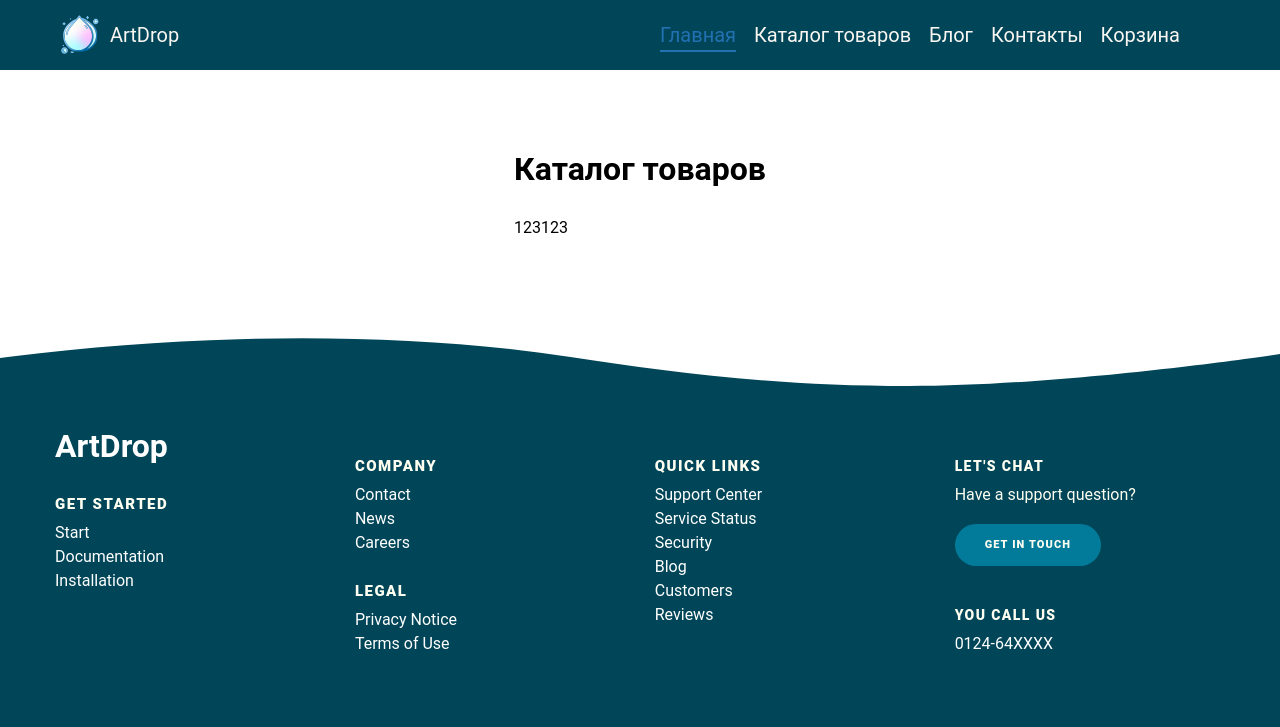
Repository: mnats725/art-drop
Page: pages/catalog.html
The author's editor kept a copy of each file at every save. The page is drawn from the files as they stood at one save, then again after the next save.
The browser window is 1280 px wide. The pictures show the whole page.

Above is the page before, as saved 2024-05-21 13:10:50.
Console error: TypeError: Cannot read properties of null (reading 'querySelectorAll')

### pages/catalog.html
<!DOCTYPE html>
<html lang="en">
<head>
    <meta charset="UTF-8">
    <meta http-equiv="X-UA-Compatible" content="IE=edge">
    <meta name="viewport" content="width=device-width, initial-scale=1.0">
    <title>ArtDrop</title>
    <link rel="stylesheet" href="../css/style.css">
    <link rel="stylesheet" href="../css/main-page-content.css">
    <link href="https://fonts.googleapis.com/css2?family=Montserrat:wght@400;700&display=swap" rel="stylesheet">
</head>
<body>
    <div class="wrapper">
        <header class="header">
            <!-- Шапка -->
            <div class="logo">
                <a href="index.html">
                    <img src="./assets/img/logo.svg" alt="ArtDrop Logo">
                    <span>ArtDrop</span>
                </a>
            </div>
            <!-- Меню сайта -->
            <nav class="nav">
                <ul>
                    <li class="active">Главная</li>
                    <li>Каталог товаров</li>
                    <li>Блог</li>
                    <li>Контакты</li>
                    <li>Корзина</li>
                </ul>
            </nav>
            <!-- Иконка бургерменю -->
            <div class="burger">
                <span></span>
            </div>
        </header>
    </div>

    <div class="content">
        <h1 class="content-title">Каталог товаров</h1>
        <div>123123</div>
    </div>

    <div class="pg-footer">
        <footer class="footer">
          <svg class="footer-wave-svg" xmlns="http://www.w3.org/2000/svg" viewBox="0 0 1200 100" preserveAspectRatio="none">
            <path class="footer-wave-path" d="M851.8,100c125,0,288.3-45,348.2-64V0H0v44c3.7-1,7.3-1.9,11-2.9C80.7,22,151.7,10.8,223.5,6.3C276.7,2.9,330,4,383,9.8 c52.2,5.7,103.3,16.2,153.4,32.8C623.9,71.3,726.8,100,851.8,100z"></path>
          </svg>
          <div class="footer-content">
            <div class="footer-content-column">
              <div class="footer-logo">
                <a class="footer-logo-link" href="#">
                  <span class="hidden-link-text">ArtDrop</span>
                  <h1>ArtDrop</h1>
                </a>
              </div>
              <div class="footer-menu">
                <h2 class="footer-menu-name"> Get Started</h2>
                <ul id="menu-get-started" class="footer-menu-list">
                  <li class="menu-item menu-item-type-post_type menu-item-object-product">
                    <a href="#">Start</a>
                  </li>
                  <li class="menu-item menu-item-type-post_type menu-item-object-product">
                    <a href="#">Documentation</a>
                  </li>
                  <li class="menu-item menu-item-type-post_type menu-item-object-product">
                    <a href="#">Installation</a>
                  </li>
                </ul>
              </div>
            </div>
            <div class="footer-content-column">
              <div class="footer-menu">
                <h2 class="footer-menu-name"> Company</h2>
                <ul id="menu-company" class="footer-menu-list">
                  <li class="menu-item menu-item-type-post_type menu-item-object-page">
                    <a href="#">Contact</a>
                  </li>
                  <li class="menu-item menu-item-type-taxonomy menu-item-object-category">
                    <a href="#">News</a>
                  </li>
                  <li class="menu-item menu-item-type-post_type menu-item-object-page">
                    <a href="#">Careers</a>
                  </li>
                </ul>
              </div>
              <div class="footer-menu">
                <h2 class="footer-menu-name"> Legal</h2>
                <ul id="menu-legal" class="footer-menu-list">
                  <li class="menu-item menu-item-type-post_type menu-item-object-page menu-item-privacy-policy menu-item-170434">
                    <a href="#">Privacy Notice</a>
                  </li>
                  <li class="menu-item menu-item-type-post_type menu-item-object-page">
                    <a href="#">Terms of Use</a>
                  </li>
                </ul>
              </div>
            </div>
            <div class="footer-content-column">
              <div class="footer-menu">
                <h2 class="footer-menu-name"> Quick Links</h2>
                <ul id="menu-quick-links" class="footer-menu-list">
                  <li class="menu-item menu-item-type-custom menu-item-object-custom">
                    <a target="_blank" rel="noopener noreferrer" href="#">Support Center</a>
                  </li>
                  <li class="menu-item menu-item-type-custom menu-item-object-custom">
                    <a target="_blank" rel="noopener noreferrer" href="#">Service Status</a>
                  </li>
                  <li class="menu-item menu-item-type-post_type menu-item-object-page">
                    <a href="#">Security</a>
                  </li>
                  <li class="menu-item menu-item-type-post_type menu-item-object-page">
                    <a href="#">Blog</a>
                  </li>
                  <li class="menu-item menu-item-type-post_type_archive menu-item-object-customer">
                    <a href="#">Customers</a></li>
                  <li class="menu-item menu-item-type-post_type menu-item-object-page">
                    <a href="#">Reviews</a>
                  </li>
                </ul>
              </div>
            </div>
            <div class="footer-content-column">
              <div class="footer-call-to-action">
                <h2 class="footer-call-to-action-title"> Let's Chat</h2>
                <p class="footer-call-to-action-description"> Have a support question?</p>
                <a class="footer-call-to-action-button button" href="#" target="_self"> Get in Touch </a>
              </div>
              <div class="footer-call-to-action">
                <h2 class="footer-call-to-action-title"> You Call Us</h2>
                <p class="footer-call-to-action-link-wrapper"> <a class="footer-call-to-action-link" href="tel:0124-64XXXX" target="_self"> 0124-64XXXX </a></p>
              </div>
            </div>
        </footer>
      </div>
    <script>
        document.querySelector('.burger').addEventListener('click', function() {
            this.classList.toggle('active');
            document.querySelector('.nav').classList.toggle('open');
        })
        document.addEventListener("DOMContentLoaded", function () {
        let carousel = document.querySelector(".carousel");
       let items = carousel.querySelectorAll(".item");
        let dotsContainer = document.querySelector(".dots");

       // Insert dots into the DOM
       items.forEach((_, index) => {
      let dot = document.createElement("span");
      dot.classList.add("dot");
      if (index === 0) dot.classList.add("active");
      dot.dataset.index = index;
    dotsContainer.appendChild(dot);
  });

  let dots = document.querySelectorAll(".dot");

  // Function to show a specific item
  function showItem(index) {
    items.forEach((item, idx) => {
      item.classList.remove("active");
      dots[idx].classList.remove("active");
      if (idx === index) {
        item.classList.add("active");
        dots[idx].classList.add("active");
      }
    });
  }

  // Event listeners for buttons
  document.querySelector(".prev").addEventListener("click", () => {
    let index = [...items].findIndex((item) =>
      item.classList.contains("active")
    );
    showItem((index - 1 + items.length) % items.length);
  });

  document.querySelector(".next").addEventListener("click", () => {
    let index = [...items].findIndex((item) =>
      item.classList.contains("active")
    );
    showItem((index + 1) % items.length);
  });

  // Event listeners for dots
  dots.forEach((dot) => {
    dot.addEventListener("click", () => {
      let index = parseInt(dot.dataset.index);
      showItem(index);
    });
  });
});

    </script>
</body>
</html>

### css/style.css
html, body {
    height: 100%;
    width: 100%;
    margin: 0;
    padding: 0;
}

body {
    display: flex;
    flex-direction: column;
    font-family: 'Roboto', sans-serif;
}

*{
    padding: 0;
    margin: 0;
    box-sizing: border-box;
}

.wrapper{
    flex-grow: 1;
}

.open{
    display: flex !important;
}

.header {
    display: flex;
    align-items: center;
    justify-content: space-between;
    min-height: 70px;
    background-color: #004658;
    color: #FAF6F2;
    padding: 0 60px;
    font-size: 20px;
}

.logo a {
    display: flex;
    align-items: center;
    text-decoration: none; /* Убираем подчеркивание ссылки */
    color: inherit; /* Наследуем цвет текста от родительского элемента */
}

.logo img {
    width: 40px; /* Укажите желаемую ширину для логотипа */
    height: auto;
    margin-right: 10px; /* Добавим небольшое расстояние между логотипом и текстом */
}

.nav {
    display: flex;
    width: 600px;
    padding: 0 40px;
}

.nav ul {
    width: 100%;
    list-style: none;
    display: flex;
    justify-content: space-between;
}

.nav ul li {
    position: relative; /* Добавим позиционирование для создания эффекта */
    cursor: pointer; /* Указатель при наведении для обозначения активного элемента */
    transition: color 0.3s ease; /* Анимация при наведении */
}

.nav ul li::after {
    content: '';
    position: absolute;
    bottom: -5px;
    left: 0;
    width: 0; /* Начальное значение нулевой ширины */
    height: 2px;
    background-color: #2271B3; /* Цвет линии */
    transition: width 0.3s ease; /* Анимация изменения ширины */
}

.nav ul li:hover::after {
    width: 100%; /* Увеличиваем ширину линии при наведении */
}

.nav ul li:hover,
.nav ul li.active { /* Изменение цвета текста при наведении и активном состоянии */
    color: #2271B3; /* Цвет текста при наведении и активном состоянии */
}

.nav ul li.active::after {
    content: '';
    position: absolute;
    bottom: -5px;
    left: 0;
    width: 100%;
    height: 2px;
    background-color: #2271B3; /* Цвет подчеркивания активного элемента */
}

* {
    margin: 0;
    padding: 0;
  }
  a {
    color: #fff;
    text-decoration: none;
  }



  .footer {
    margin-top: 100px;
      background-color: #004658;
      color: #fff;

  }
  .footer-wave-svg {
      background-color: transparent;
      display: block;
      height: 30px;
      position: relative;
      top: -1px;
      width: 100%;
  }
  .footer-wave-path {
      fill: white;
  }

  .footer-content {
      margin-left: auto;
      margin-right: auto;
      max-width: 1230px;

      padding: 40px 15px 815px;
      position: relative;
  }

  .footer-content-column {
      box-sizing: border-box;
      float: left;
      padding-left: 15px;
      padding-right: 15px;
      width: 100%;
      color: #fff;
  }

  .footer-content-column ul li a {
    color: #fff;
    text-decoration: none;
  }

  .footer-logo-link {
      display: inline-block;
  }
  .footer-menu {
      margin-top: 30px;
  }

  .footer-menu-name {
      color: #fffff2;
      font-size: 15px;
      font-weight: 900;
      letter-spacing: .1em;
      line-height: 18px;
      margin-bottom: 0;
      margin-top: 0;
      text-transform: uppercase;
  }
  .footer-menu-list {
      list-style: none;
      margin-bottom: 0;
      margin-top: 10px;
      padding-left: 0;
  }
  .footer-menu-list li {
      margin-top: 5px;
  }

  .footer-call-to-action-description {
      color: #fffff2;
      margin-top: 10px;
      margin-bottom: 20px;
  }
  .footer-call-to-action-button:hover {
      background-color: #fffff2;
      color: #00bef0;
  }
  .button:last-of-type {
      margin-right: 0;
  }
  .footer-call-to-action-button {
      background-color: #027b9a;
      border-radius: 21px;
      color: #fffff2;
      display: inline-block;
      font-size: 11px;
      font-weight: 900;
      letter-spacing: .1em;
      line-height: 18px;
      padding: 12px 30px;
      margin: 0 10px 10px 0;
      text-decoration: none;
      text-transform: uppercase;
      transition: background-color .2s;
      cursor: pointer;
      position: relative;
  }
  .footer-call-to-action {
      margin-top: 30px;
  }
  .footer-call-to-action-title {
      color: #fffff2;
      font-size: 14px;
      font-weight: 900;
      letter-spacing: .1em;
      line-height: 18px;
      margin-bottom: 0;
      margin-top: 0;
      text-transform: uppercase;
  }
  .footer-call-to-action-link-wrapper {
      margin-bottom: 0;
      margin-top: 10px;
      color: #fff;
      text-decoration: none;
  }
  .footer-call-to-action-link-wrapper a {
      color: #fff;
      text-decoration: none;
  }





  .footer-social-links {
      bottom: 0;
      height: 54px;
      position: absolute;
      right: 0;
      width: 236px;
  }

  .footer-social-amoeba-svg {
      height: 54px;
      left: 0;
      display: block;
      position: absolute;
      top: 0;
      width: 236px;
  }

  .footer-social-amoeba-path {
      fill: #027b9a;
  }

  .footer-social-link.linkedin {
      height: 26px;
      left: 3px;
      top: 11px;
      width: 26px;
  }

  .footer-social-link {
      display: block;
      padding: 10px;
      position: absolute;
  }

  .hidden-link-text {
      position: absolute;
      clip: rect(1px 1px 1px 1px);
      clip: rect(1px,1px,1px,1px);
      -webkit-clip-path: inset(0px 0px 99.9% 99.9%);
      clip-path: inset(0px 0px 99.9% 99.9%);
      overflow: hidden;
      height: 1px;
      width: 1px;
      padding: 0;
      border: 0;
      top: 50%;
  }

  .footer-social-icon-svg {
      display: block;
  }

  .footer-social-icon-path {
      fill: #fffff2;
      transition: fill .2s;
  }

  .footer-social-link.twitter {
      height: 28px;
      left: 62px;
      top: 3px;
      width: 28px;
  }

  .footer-social-link.youtube {
      height: 24px;
      left: 123px;
      top: 12px;
      width: 24px;
  }

  .footer-social-link.github {
      height: 34px;
      left: 172px;
      top: 7px;
      width: 34px;
  }


  /* Media Query For different screens */
  @media (min-width:320px) and (max-width:479px)  { /* smartphones, portrait iPhone, portrait 480x320 phones (Android) */
    .footer-content {
      margin-left: auto;
      margin-right: auto;
      max-width: 1230px;
      padding: 40px 15px 1050px;
      position: relative;
    }
  }
  @media (min-width:480px) and (max-width:599px)  { /* smartphones, Android phones, landscape iPhone */
    .footer-content {
      margin-left: auto;
      margin-right: auto;
      max-width: 1230px;
      padding: 40px 15px 1050px;
      position: relative;
    }
  }
  @media (min-width:600px) and (max-width: 800px)  { /* portrait tablets, portrait iPad, e-readers (Nook/Kindle), landscape 800x480 phones (Android) */
    .footer-content {
      margin-left: auto;
      margin-right: auto;
      max-width: 1230px;
      padding: 40px 15px 1050px;
      position: relative;
    }
  }
  @media (min-width:801px)  { /* tablet, landscape iPad, lo-res laptops ands desktops */

  }
  @media (min-width:1025px) { /* big landscape tablets, laptops, and desktops */

  }
  @media (min-width:1281px) { /* hi-res laptops and desktops */

  }




  @media (min-width: 760px) {
    .footer-content {
        margin-left: auto;
        margin-right: auto;
        max-width: 1230px;
        padding: 40px 15px 300px;
        position: relative;
    }

    .footer-wave-svg {
        height: 50px;
    }

    .footer-content-column {
        width: 24.99%;
    }
  }
  @media (min-width: 568px) {
    /* .footer-content-column {
        width: 49.99%;
    } */
  }


.burger{
    display: none;
    position: relative;
    z-index: 50;
    align-items: center;
    justify-content: flex-end;
    width: 30px;
    height: 18px;
}

.burger span{
    height: 2px;
    width: 80%;
    transform: scale(1);
    background-color: #FAF6F2;
}

.burger::before, .burger::after{
    content: '';
    position: absolute;
    height: 2px;
    width: 100%;
    background-color: #FAF6F2;
    transition: all 0.3s ease 0s;
}

.burger::before { top: 0 }

.burger::after { bottom: 0 }


/* Добавляем класс active для анимации иконки бургера */
.burger.active span { transform: scale(0) }

.burger.active::before{
    top: 50%;
    transform: rotate(-45deg) translate(0, -50%);
}

.burger.active::after{
    bottom: 50%;
    transform: rotate(45deg) translate(0, 50%);
}


/* При разрешении экрана 900px и ниже, выводим на экран иконку бургера */
@media (max-width: 900px) {

    .burger { display: flex }

    .nav{
        display: none;
        flex-direction: column;
        position: fixed;
        height: 100%;
        width: 100%;
        top: 0; bottom: 0; left: 0; right: 0;
        z-index: 50;
        overflow-y: auto;
        padding: 50px 40px;
        background-color: #388ae7;
        animation: burgerAnimation 0.4s;
    }

    .nav ul{
        flex-direction: column;
        row-gap: 30px;
    }


}

@keyframes burgerAnimation {
    from {opacity: 0}
    to {opacity: 1}
}

### main-page-content.css
.content {
  padding-top: 80px;
  margin: 0 auto;
}

.content-title {
  text-align: center;
  padding-bottom: 30px;
}

.store-info {
  border: 1px solid #004658;
  background-color: #f0f0f0;
  color: #004658;
  padding: 20px;
  border-radius: 10px;
  margin-bottom: 20px;
  margin-left: 10%;
  margin-right: 10%;
}

.store-info h2 {
  color: #004658;
  margin-bottom: 10px;
}

.store-info p,
.store-info ul {
  margin-bottom: 10px;
}

.store-info ul {
  padding-left: 20px;
}

.store-info ul li {
  list-style-type: disc;
}

.contact-info {
  border: 1px solid #004658;
  background-color: #f9f9f9;
  padding: 20px;
  border-radius: 3px;
  margin-left: 10%;
  margin-right: 10%;
  margin-top: 70px;
}

.contact-info h2 {
  color: #004658;
  margin-bottom: 10px;
}

#map {
  margin-top: 10px;
  width: 100%;
  height: 300px;
  background-color: #e0e0e0;
}

.carousel-container {

  padding-top: 40px;
  width: 80%;
  height: 600px;
  margin: auto;
  position: relative;
  display: flex;
  flex-direction: column;
  gap: var(--lx-gap);

  .carousel {
    aspect-ratio: 16/9;
    width: 100%;
    position: relative;
    overflow: hidden;

    .item {
      border: 2px solid #004658;
      opacity: 0;
      width: 100%;
      height: 100%;
      display: none;
      transition: opacity 0.5s ease-in-out;

      img {
        width: 100%;
        height: 100%;
        object-fit: cover;
        object-position: center;
      }

      .caption {
        width: 100%;
        padding: var(--lx-space-01);
        position: absolute;
        bottom: 0;
        text-transform: uppercase;
        text-align: center;
        font-size: 12px;
        background-color: rgba(0, 0, 0, 0.5);
      }

      &.active {
        opacity: 1;
        display: block;
      }
    }
  }

  .btn {
    padding: 1em 2em;
    position: absolute;
    transform: translateY(-50%);
    top: 50%;
    outline: none;
    border: none;
    cursor: pointer;
    text-transform: uppercase;
    font-size: 12px;
    font-weight: 900;
    color: #FAF6F2;
    background-color: #004658;
    transition: transform 0.2s ease-in-out;

    &:active,
    &:focus {
      transform: translateY(-50%) scale(0.9);
    }

    &:hover {
      transform: translateY(-50%) scale(0.96);
    }
  }

  .prev {
    left: -5%;
  }

  .next {
    right: -5%;
  }

  .dots {
    display: flex;
    align-items: center;
    justify-content: center;
    gap: 10px;

    .dot {
      cursor: pointer;
      height: 10px;
      width: 10px;
      background-color: #004658;
      transition: background-color 0.2s ease;

      &.active,
      &:hover {
        background-color: #1115ee;
      }
    }
  }
}

After the next save:
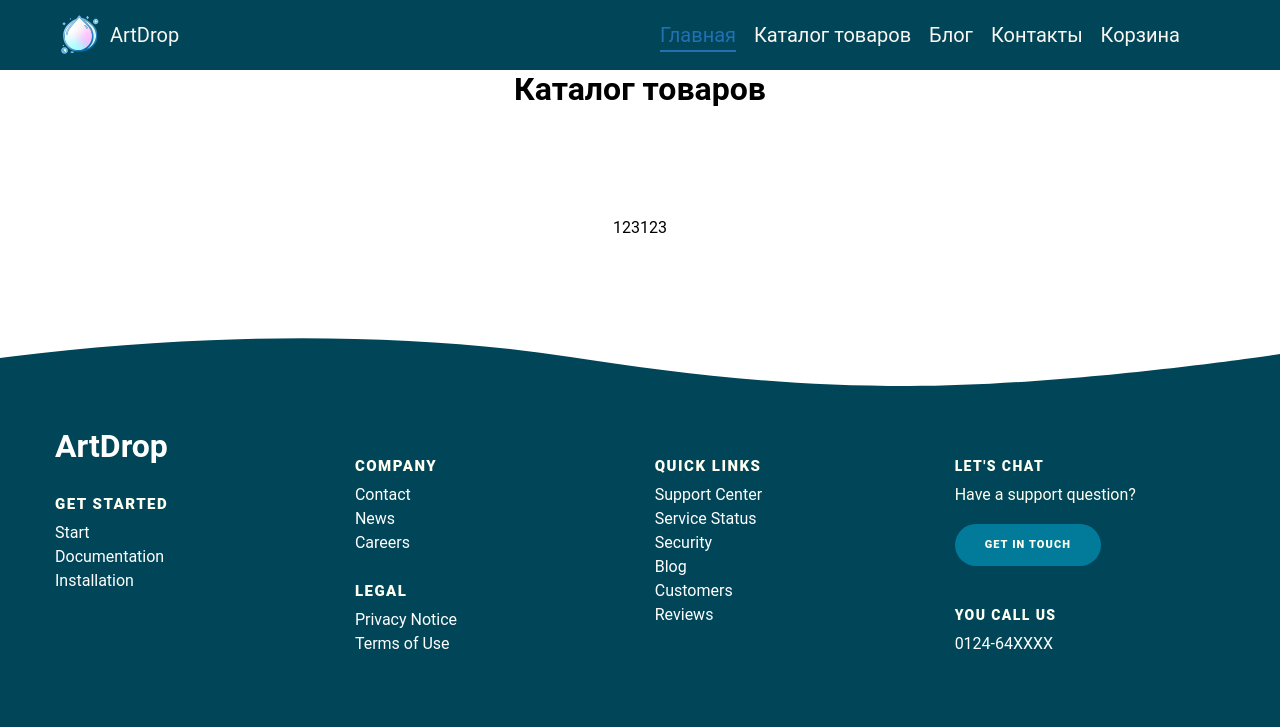
Saved 10 s later.
--- a/pages/catalog.html
+++ b/pages/catalog.html
@@ -35,9 +35,9 @@
             </div>
         </header>
     </div>
+    <h1 class="content-title">Каталог товаров</h1>
+    <div class="content">
 
-    <div class="content">
-        <h1 class="content-title">Каталог товаров</h1>
         <div>123123</div>
     </div>
 

After the save that followed:
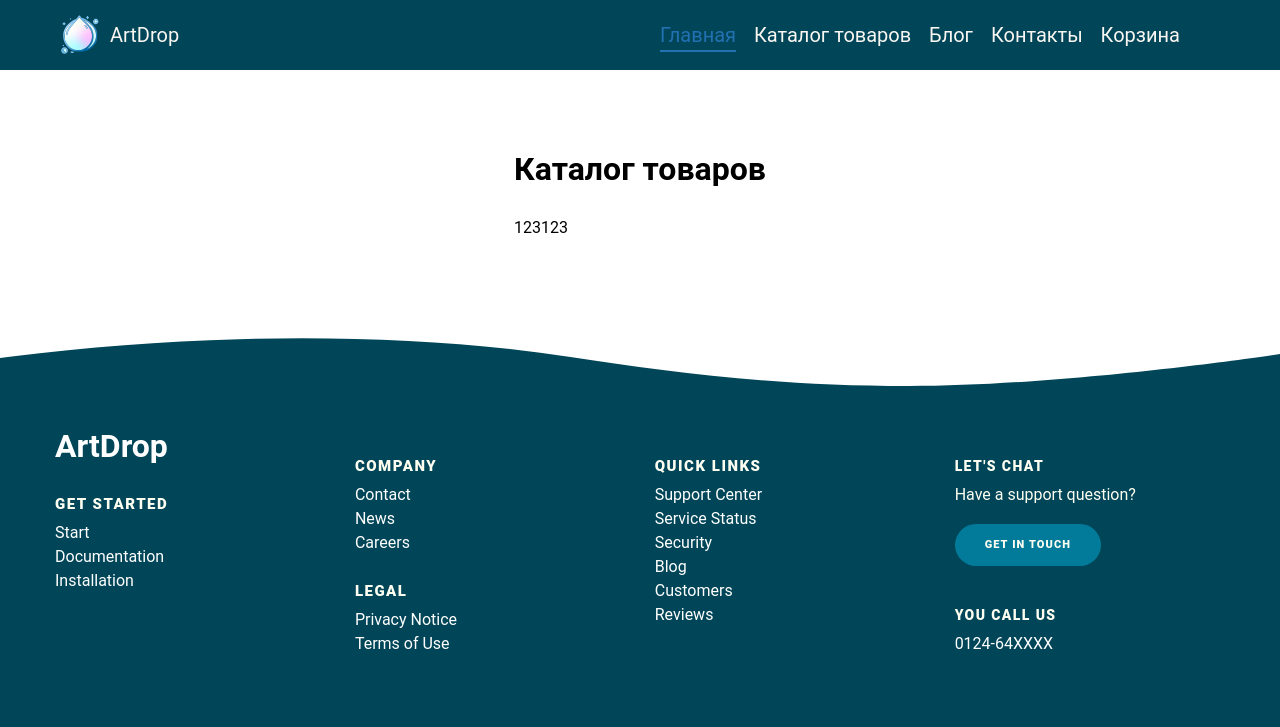
Saved 6 s later.
--- a/pages/catalog.html
+++ b/pages/catalog.html
@@ -35,9 +35,9 @@
             </div>
         </header>
     </div>
-    <h1 class="content-title">Каталог товаров</h1>
+
     <div class="content">
-
+        <h1 class="content-title">Каталог товаров</h1>
         <div>123123</div>
     </div>
 
